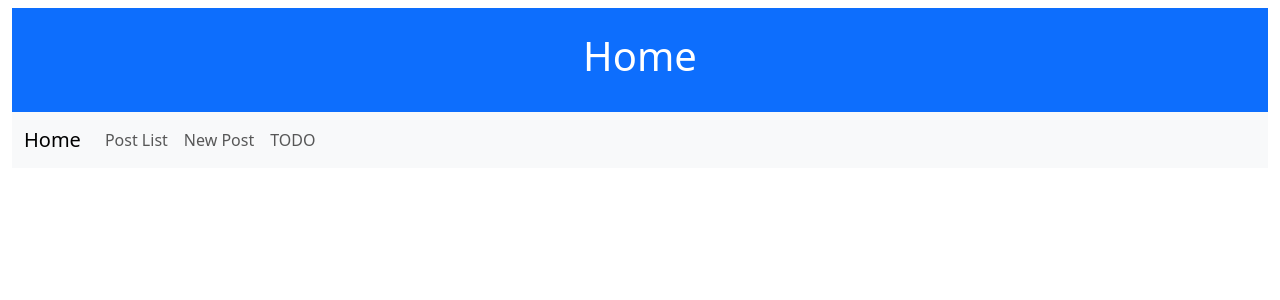
Repository: ldj0905/javaproject
Page: http://localhost/lab05_jsp/
The author's editor kept a copy of each file at every save. The page is drawn from the files as they stood at one save, then again after the next save.
The browser window is 1280 px wide. The pictures show the whole page.
The page is served by Tomcat 10.

Above is the page before, as saved 2024-05-30 06:54:31.

After the next save:
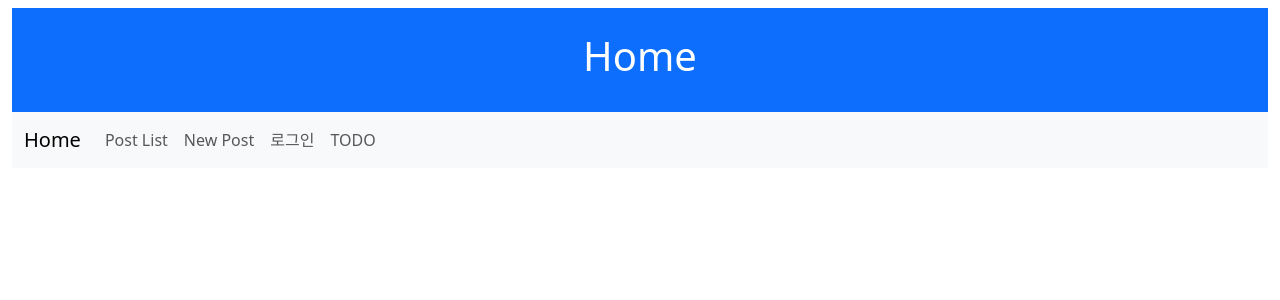
Saved 3 min 21 s later.
--- a/lab05_jsp/src/main/webapp/WEB-INF/views/fragments/header.jspf
+++ b/lab05_jsp/src/main/webapp/WEB-INF/views/fragments/header.jspf
@@ -27,8 +27,12 @@
                     <a class="nav-link" href="${newPostPage}">New Post</a>
                 </li>
                 <li class="nav-item">
+                    <a class="nav-link" href="/user/signin">로그인</a>
+                </li>
+                <li class="nav-item">
                     <a class="nav-link" href="#">TODO</a>
                 </li>
+
             </ul>
         </div>
     </div>
